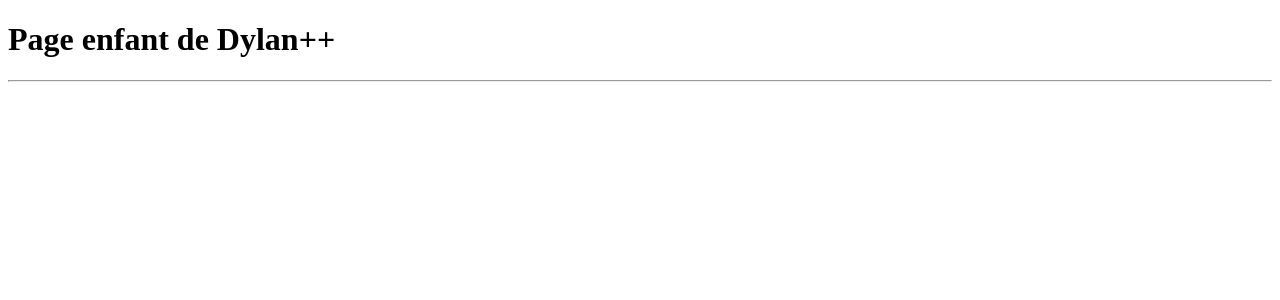
Repository: DylanCahu/cookie
Page: http://localhost/enfant.php
The author's editor kept a copy of each file at every save. The page is drawn from the files as they stood at one save, then again after the next save.
The browser window is 1280 px wide. The pictures show the whole page.
The page is run by PHP 8.4 with error messages shown; the project is at /var/www/html/.

Above is the page before, as saved 2021-12-10 14:08:39.

After the next save:
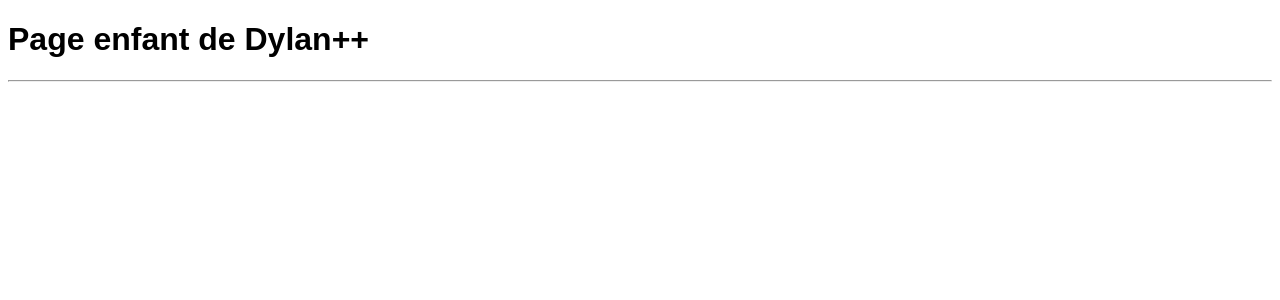
Saved 11 s later.
--- a/enfant.php
+++ b/enfant.php
@@ -3,7 +3,10 @@
     <head>
         <title>Index Cookies</title>
         <meta charset="utf-8">
-
+        <style>
+body	{	font-family	:	Arial	;
+		}
+</style>
     </head>
 
     <body>
